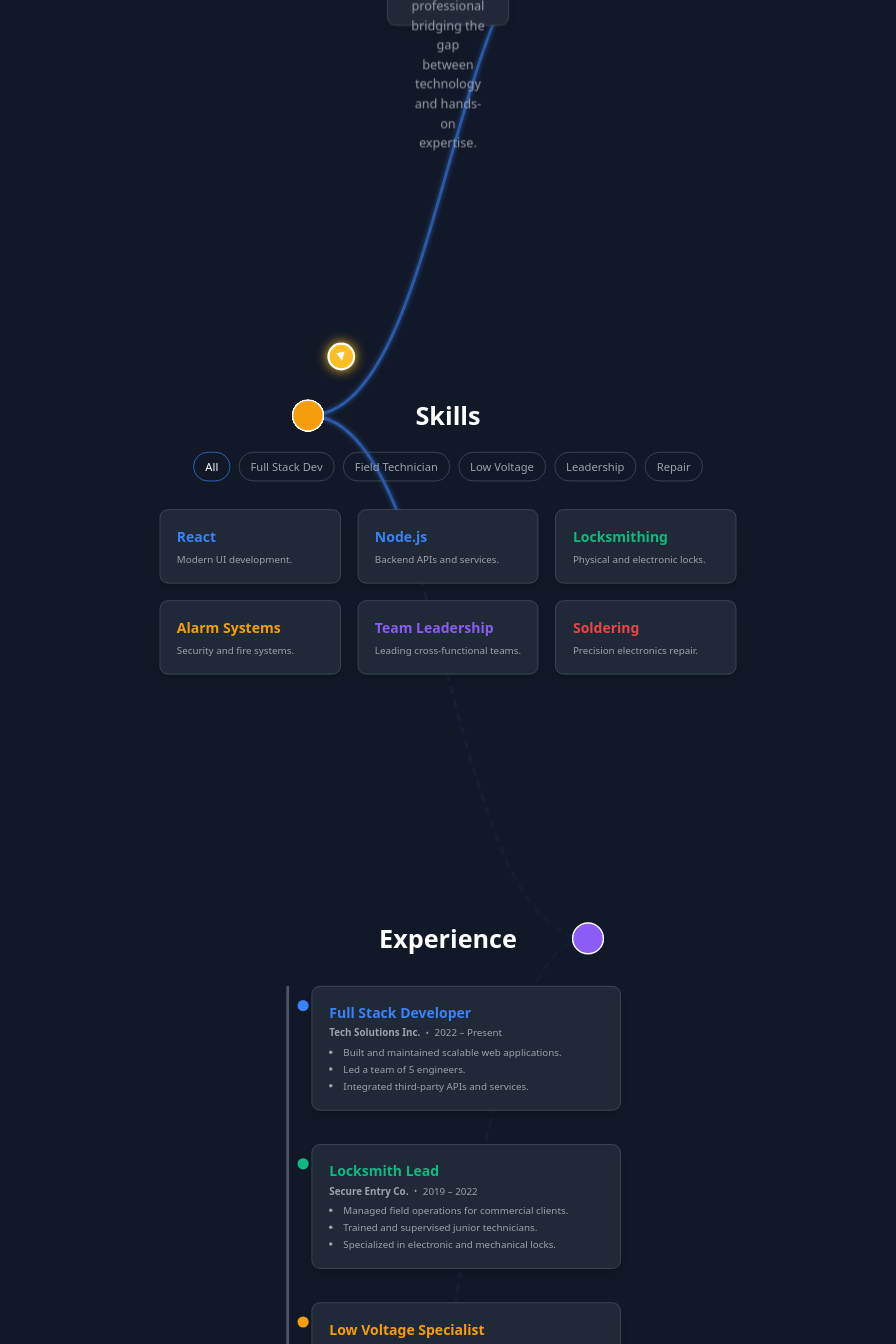
Repository: Mrguru2024/MyResumeSite
Page: /
An editor plug-in stored every save of this project. The page is shown before and after the next save, followed by the edit.
The browser window is 1280 px wide. The pictures show the part of the page from y = 1352 to 3272 px (the page is 5996 px tall), at 70% of full size.
The project was rebuilt for these pictures with package versions that can differ from the ones it lists, and the page was loaded fresh each time. The framework's server and built-in components were replaced by stand-ins that run in the browser. Also part of the build but not shown: next.config.mjs.

Above is the page before, as saved 2025-05-11 16:36:09.

### src/app/layout.tsx
import type { Metadata } from "next";
import { Inter } from "next/font/google";
import "./globals.css";

const inter = Inter({
  subsets: ["latin"],
  display: "swap",
  variable: "--font-inter",
});

export const metadata: Metadata = {
  title: "Anthony 'Mrguru' Feaster - Interactive Resume",
  description: "Interactive resume website showcasing Anthony Feaster's skills, experience, and projects",
};

export default function RootLayout({
  children,
}: {
  children: React.ReactNode;
}) {
  return (
    <html lang="en" className="scroll-smooth">
      <body className={`${inter.variable} font-sans antialiased`}>
        {children}
      </body>
    </html>
  );
}

### src/app/page.tsx
"use client";
import Hero from "@/components/sections/Hero";
import About from "@/components/sections/About";
import Skills from "@/components/sections/Skills";
import Experience from "@/components/sections/Experience";
import Portfolio from "@/components/sections/Portfolio";
import BlueprintRoute from "@/components/ui/BlueprintRoute";
import { motion } from "framer-motion";
import { ErrorBoundary } from "react-error-boundary";

// Debug imports
console.log("Hero:", Hero);
console.log("About:", About);
console.log("Skills:", Skills);
console.log("Experience:", Experience);
console.log("Portfolio:", Portfolio);

function ErrorFallback({
  error,
  resetErrorBoundary,
}: {
  error: Error;
  resetErrorBoundary: () => void;
}) {
  return (
    <div role="alert" className="p-4 bg-red-100 text-red-700 rounded">
      <p>Something went wrong:</p>
      <pre>{error.message}</pre>
      <button
        onClick={resetErrorBoundary}
        className="mt-2 px-4 py-2 bg-red-500 text-white rounded"
      >
        Try again
      </button>
    </div>
  );
}

export default function Home() {
  // Debug component rendering
  console.log("Rendering Home component");

  return (
    <div className="relative w-full min-h-screen bg-background-dark">
      {/* BlueprintRoute as absolute, full-height, behind content */}
      <div className="absolute top-0 left-0 w-full h-full pointer-events-none z-0">
        <BlueprintRoute />
      </div>
      {/* Main content with scroll snap */}
      <main className="relative z-10 snap-y snap-mandatory">
        {/* Hero Section */}
        <section
          id="hero"
          className="min-h-screen flex items-center justify-center relative snap-start"
        >
          <Hero />
        </section>
        {/* About Section */}
        <section
          id="about"
          className="min-h-screen mt-32 flex items-center justify-center relative snap-start"
        >
          <About />
        </section>
        {/* Skills Section */}
        <section
          id="skills"
          className="min-h-screen mt-32 flex items-center justify-center relative snap-start"
        >
          <Skills />
        </section>
        {/* Experience Section */}
        <section
          id="experience"
          className="min-h-screen mt-32 flex items-center justify-center relative snap-start"
        >
          <Experience />
        </section>
        {/* Portfolio Section */}
        <section
          id="portfolio"
          className="min-h-screen mt-32 flex items-center justify-center relative snap-start"
        >
          <Portfolio />
        </section>
      </main>
    </div>
  );
}

### src/app/globals.css
@tailwind base;
@tailwind components;
@tailwind utilities;

@layer base {
  :root {
    --background: 0 0% 100%;
    --foreground: 222.2 84% 4.9%;
    --card: 0 0% 100%;
    --card-foreground: 222.2 84% 4.9%;
    --popover: 0 0% 100%;
    --popover-foreground: 222.2 84% 4.9%;
    --primary: 221.2 83.2% 53.3%;
    --primary-foreground: 210 40% 98%;
    --secondary: 210 40% 96.1%;
    --secondary-foreground: 222.2 47.4% 11.2%;
    --muted: 210 40% 96.1%;
    --muted-foreground: 215.4 16.3% 46.9%;
    --accent: 210 40% 96.1%;
    --accent-foreground: 222.2 47.4% 11.2%;
    --destructive: 0 84.2% 60.2%;
    --destructive-foreground: 210 40% 98%;
    --border: 214.3 31.8% 91.4%;
    --input: 214.3 31.8% 91.4%;
    --ring: 221.2 83.2% 53.3%;
    --radius: 0.5rem;
  }

  .dark {
    --background: 222.2 84% 4.9%;
    --foreground: 210 40% 98%;
    --card: 222.2 84% 4.9%;
    --card-foreground: 210 40% 98%;
    --popover: 222.2 84% 4.9%;
    --popover-foreground: 210 40% 98%;
    --primary: 217.2 91.2% 59.8%;
    --primary-foreground: 222.2 47.4% 11.2%;
    --secondary: 217.2 32.6% 17.5%;
    --secondary-foreground: 210 40% 98%;
    --muted: 217.2 32.6% 17.5%;
    --muted-foreground: 215 20.2% 65.1%;
    --accent: 217.2 32.6% 17.5%;
    --accent-foreground: 210 40% 98%;
    --destructive: 0 62.8% 30.6%;
    --destructive-foreground: 210 40% 98%;
    --border: 217.2 32.6% 17.5%;
    --input: 217.2 32.6% 17.5%;
    --ring: 224.3 76.3% 48%;
  }
}

@layer utilities {
  .perspective-1000 {
    perspective: 1000px;
  }

  .transform-style-3d {
    transform-style: preserve-3d;
  }

  .backface-hidden {
    backface-visibility: hidden;
  }

  .rotate-y-180 {
    transform: rotateY(180deg);
  }
}

html {
  scroll-behavior: smooth;
}

### src/components/sections/Hero/index.tsx
"use client";
import { useState, useEffect, useRef } from "react";
import { motion } from "framer-motion";
import Button from "@/components/ui/Button";

const TYPING_TEXT = "I fix. I code. I lead. I build what's needed.";

function useTypingEffect(text: string, speed = 40) {
  const [displayed, setDisplayed] = useState("");
  useEffect(() => {
    let i = 0;
    setDisplayed("");
    const interval = setInterval(() => {
      setDisplayed((prev) => prev + text[i]);
      i++;
      if (i >= text.length) clearInterval(interval);
    }, speed);
    return () => clearInterval(interval);
  }, [text, speed]);
  return displayed;
}

export default function Hero() {
  const typedSubtitle = useTypingEffect(TYPING_TEXT, 40);
  const containerRef = useRef<HTMLDivElement>(null);
  useEffect(() => {
    if (containerRef.current) {
      // Expose the ref globally for BlueprintRoute
      window.heroContainerRef = containerRef.current;
    }
  }, []);
  return (
    <section className="min-h-screen flex items-center justify-center relative pt-32">
      {/* Content */}
      <div
        ref={containerRef}
        className="container mx-auto px-4 sm:px-6 lg:px-8 bg-transparent relative"
      >
        <motion.div
          initial={{ opacity: 0, y: 20 }}
          animate={{ opacity: 1, y: 0 }}
          transition={{ duration: 0.8, delay: 0.2 }}
          className="text-center"
        >
          <h1 className="text-4xl sm:text-5xl md:text-6xl font-bold text-text-primary mb-6">
            Anthony "Mrguru" Feaster
          </h1>
          <h2 className="text-xl sm:text-2xl md:text-3xl text-text-accent mb-8">
            Full Stack Developer | Locksmith Lead | Low Voltage Specialist
          </h2>
          <motion.p
            initial={{ opacity: 0 }}
            animate={{ opacity: 1 }}
            transition={{ duration: 0.8, delay: 0.4 }}
            className="text-lg sm:text-xl text-text-secondary mb-12 min-h-[2.5rem]"
            aria-label={TYPING_TEXT}
          >
            {typedSubtitle}
            <span className="animate-pulse">|</span>
          </motion.p>
          <motion.div
            initial={{ opacity: 0, y: 20 }}
            animate={{ opacity: 1, y: 0 }}
            transition={{ duration: 0.8, delay: 0.6 }}
          >
            <Button
              onClick={() => {
                document
                  .getElementById("about")
                  ?.scrollIntoView({ behavior: "smooth" });
              }}
              variant="primary"
              size="lg"
              data-journey-button
            >
              Begin Journey
            </Button>
          </motion.div>
        </motion.div>
      </div>
    </section>
  );
}

### src/components/sections/About/index.tsx
"use client";
import { useState } from "react";
import { motion } from "framer-motion";
import { cn } from "@/lib/utils";

export default function About() {
  const [isFlipped, setIsFlipped] = useState(false);

  return (
    <section className="min-h-screen flex items-center justify-center relative pt-32">
      <div className="container mx-auto px-4 sm:px-6 lg:px-8 bg-transparent">
        <motion.div
          className="w-full max-w-2xl mx-auto"
          initial={{ opacity: 0, y: 40 }}
          whileInView={{ opacity: 1, y: 0 }}
          viewport={{ once: true }}
          transition={{ duration: 0.7, delay: 0.2 }}
        >
          <h2 className="text-3xl sm:text-4xl font-bold text-text-primary mb-12 text-center">
            About Me
          </h2>

          <div className="relative perspective-1000">
            <motion.button
              type="button"
              aria-pressed={isFlipped}
              tabIndex={0}
              className={cn(
                "relative w-full h-[400px] transition-transform duration-500 transform-style-3d focus:outline-none",
                isFlipped && "rotate-y-180"
              )}
              onClick={() => setIsFlipped(!isFlipped)}
              whileHover={{ scale: 1.02 }}
              whileTap={{ scale: 0.98 }}
              role="button"
            >
              {/* Front of card */}
              <motion.div
                className={cn(
                  "absolute inset-0 backface-hidden bg-card-bg border border-card-border rounded-xl p-8 shadow-lg",
                  isFlipped && "hidden"
                )}
              >
                <div className="flex flex-col items-center justify-center h-full text-center">
                  <div className="w-32 h-32 rounded-full bg-skill-fullstack/10 mb-6 flex items-center justify-center">
                    <span className="text-4xl">👨‍💻</span>
                  </div>
                  <h3 className="text-2xl font-bold text-text-primary mb-4">
                    Anthony "Mrguru" Feaster
                  </h3>
                  <p className="text-lg text-text-secondary">
                    A versatile professional bridging the gap between technology
                    and hands-on expertise.
                  </p>
                </div>
              </motion.div>

              {/* Back of card */}
              <motion.div
                className={cn(
                  "absolute inset-0 backface-hidden bg-card-bg border border-card-border rounded-xl p-8 shadow-lg rotate-y-180",
                  !isFlipped && "hidden"
                )}
              >
                <div className="h-full flex flex-col justify-center">
                  <h3 className="text-2xl font-bold text-text-primary mb-4">
                    Professional Summary
                  </h3>
                  <p className="text-text-secondary mb-4">
                    As a Full Stack Developer and Field Technician, I combine
                    technical expertise with practical problem-solving skills.
                    My experience spans from developing modern web applications
                    to hands-on locksmith and low voltage work.
                  </p>
                  <p className="text-text-secondary">
                    I lead teams, manage projects, and deliver solutions that
                    make a real impact. Whether it's coding, fixing, or
                    building, I'm passionate about creating efficient, reliable
                    systems that solve real-world problems.
                  </p>
                </div>
              </motion.div>
            </motion.button>
          </div>
        </motion.div>
      </div>
    </section>
  );
}

### src/components/sections/Experience/index.tsx
"use client";
import { motion } from "framer-motion";
import { cn } from "@/lib/utils";

const EXPERIENCES = [
  {
    title: "Full Stack Developer",
    company: "Tech Solutions Inc.",
    dates: "2022 – Present",
    responsibilities: [
      "Built and maintained scalable web applications.",
      "Led a team of 5 engineers.",
      "Integrated third-party APIs and services.",
    ],
    color: "skill-fullstack",
  },
  {
    title: "Locksmith Lead",
    company: "Secure Entry Co.",
    dates: "2019 – 2022",
    responsibilities: [
      "Managed field operations for commercial clients.",
      "Trained and supervised junior technicians.",
      "Specialized in electronic and mechanical locks.",
    ],
    color: "skill-field",
  },
  {
    title: "Low Voltage Specialist",
    company: "SafeNet Systems",
    dates: "2017 – 2019",
    responsibilities: [
      "Installed and serviced alarm and access control systems.",
      "Collaborated with project managers on large-scale jobs.",
      "Provided on-call emergency support.",
    ],
    color: "skill-lowvoltage",
  },
  // ...add more experiences as needed
];

export default function Experience() {
  return (
    <section className="min-h-screen flex items-center justify-center relative pt-32">
      <div className="container mx-auto px-4 sm:px-6 lg:px-8 bg-transparent">
        <motion.div
          className="w-full max-w-3xl mx-auto"
          initial={{ opacity: 0, y: 40 }}
          whileInView={{ opacity: 1, y: 0 }}
          viewport={{ once: true }}
          transition={{ duration: 0.7, delay: 0.2 }}
        >
          <h2 className="text-3xl sm:text-4xl font-bold text-text-primary mb-12 text-center">
            Experience
          </h2>
          <div className="relative border-l-4 border-card-border ml-4">
            {EXPERIENCES.map((exp, idx) => (
              <motion.div
                key={exp.title}
                initial={{ opacity: 0, x: -40 }}
                whileInView={{ opacity: 1, x: 0 }}
                viewport={{ once: true }}
                transition={{ duration: 0.6, delay: idx * 0.2 }}
                className="mb-12 ml-8 relative"
              >
                {/* Timeline dot */}
                <span
                  className={cn(
                    "absolute -left-6 top-4 w-6 h-6 rounded-full border-4 border-background-dark",
                    `bg-${exp.color}`
                  )}
                  aria-hidden="true"
                />
                <div className="bg-card-bg border border-card-border rounded-xl p-6 shadow-lg">
                  <h3
                    className={cn(
                      "text-xl font-bold mb-1",
                      `text-${exp.color}`
                    )}
                  >
                    {exp.title}
                  </h3>
                  <div className="flex flex-wrap items-center gap-2 mb-2">
                    <span className="text-text-secondary text-sm font-semibold">
                      {exp.company}
                    </span>
                    <span className="text-text-secondary text-xs">•</span>
                    <span className="text-text-secondary text-sm">
                      {exp.dates}
                    </span>
                  </div>
                  <ul className="list-disc list-inside text-text-secondary text-sm space-y-1">
                    {exp.responsibilities.map((item, i) => (
                      <li key={i}>{item}</li>
                    ))}
                  </ul>
                </div>
              </motion.div>
            ))}
          </div>
        </motion.div>
      </div>
    </section>
  );
}

### src/components/ui/Button/index.tsx
import { ButtonHTMLAttributes, forwardRef } from "react";
import { cn } from "@/lib/utils";

interface ButtonProps extends ButtonHTMLAttributes<HTMLButtonElement> {
  variant?: "primary" | "secondary" | "outline";
  size?: "sm" | "md" | "lg";
}

const Button = forwardRef<HTMLButtonElement, ButtonProps>(
  ({ className, variant = "primary", size = "md", ...props }, ref) => {
    return (
      <button
        className={cn(
          "inline-flex items-center justify-center rounded-md font-medium transition-colors focus-visible:outline-none focus-visible:ring-2 focus-visible:ring-ring focus-visible:ring-offset-2 disabled:opacity-50 disabled:pointer-events-none",
          {
            "bg-button-primary text-button-text hover:bg-button-primaryHover":
              variant === "primary",
            "bg-secondary text-white hover:bg-secondary/90":
              variant === "secondary",
            "border border-input bg-background hover:bg-accent hover:text-accent-foreground":
              variant === "outline",
            "h-9 px-3 text-sm": size === "sm",
            "h-10 px-4 py-2": size === "md",
            "h-11 px-8 text-lg": size === "lg",
          },
          className
        )}
        ref={ref}
        {...props}
      />
    );
  }
);

Button.displayName = "Button";

export default Button;

### src/lib/utils.ts
import { type ClassValue, clsx } from "clsx";
import { twMerge } from "tailwind-merge";

export function cn(...inputs: ClassValue[]) {
  return twMerge(clsx(...inputs));
}

Loaded but not shown: tailwind.config.js (54 lines, source omitted); src/components/ui/BlueprintRoute/index.tsx (363 lines, source omitted); src/components/sections/Portfolio/index.tsx (201 lines, source omitted); src/components/sections/Skills/index.tsx (187 lines, source omitted)

After the next save:
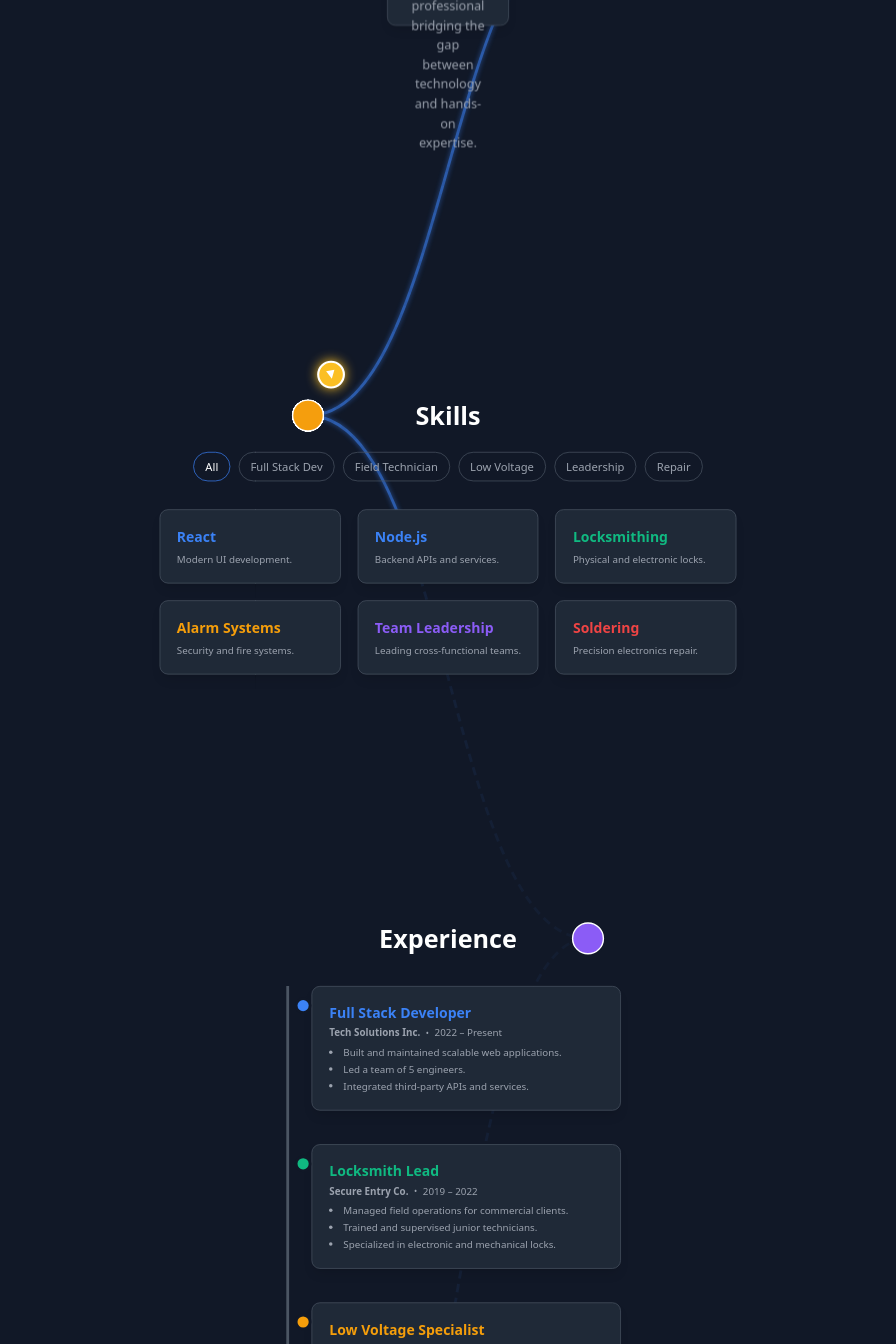
Saved 28 s later.
--- a/src/app/page.tsx
+++ b/src/app/page.tsx
@@ -58,28 +58,28 @@
         {/* About Section */}
         <section
           id="about"
-          className="min-h-screen mt-32 flex items-center justify-center relative snap-start"
+          className="min-h-screen pt-32 flex items-center justify-center relative snap-start"
         >
           <About />
         </section>
         {/* Skills Section */}
         <section
           id="skills"
-          className="min-h-screen mt-32 flex items-center justify-center relative snap-start"
+          className="min-h-screen pt-32 flex items-center justify-center relative snap-start"
         >
           <Skills />
         </section>
         {/* Experience Section */}
         <section
           id="experience"
-          className="min-h-screen mt-32 flex items-center justify-center relative snap-start"
+          className="min-h-screen pt-32 flex items-center justify-center relative snap-start"
         >
           <Experience />
         </section>
         {/* Portfolio Section */}
         <section
           id="portfolio"
-          className="min-h-screen mt-32 flex items-center justify-center relative snap-start"
+          className="min-h-screen pt-32 flex items-center justify-center relative snap-start"
         >
           <Portfolio />
         </section>
